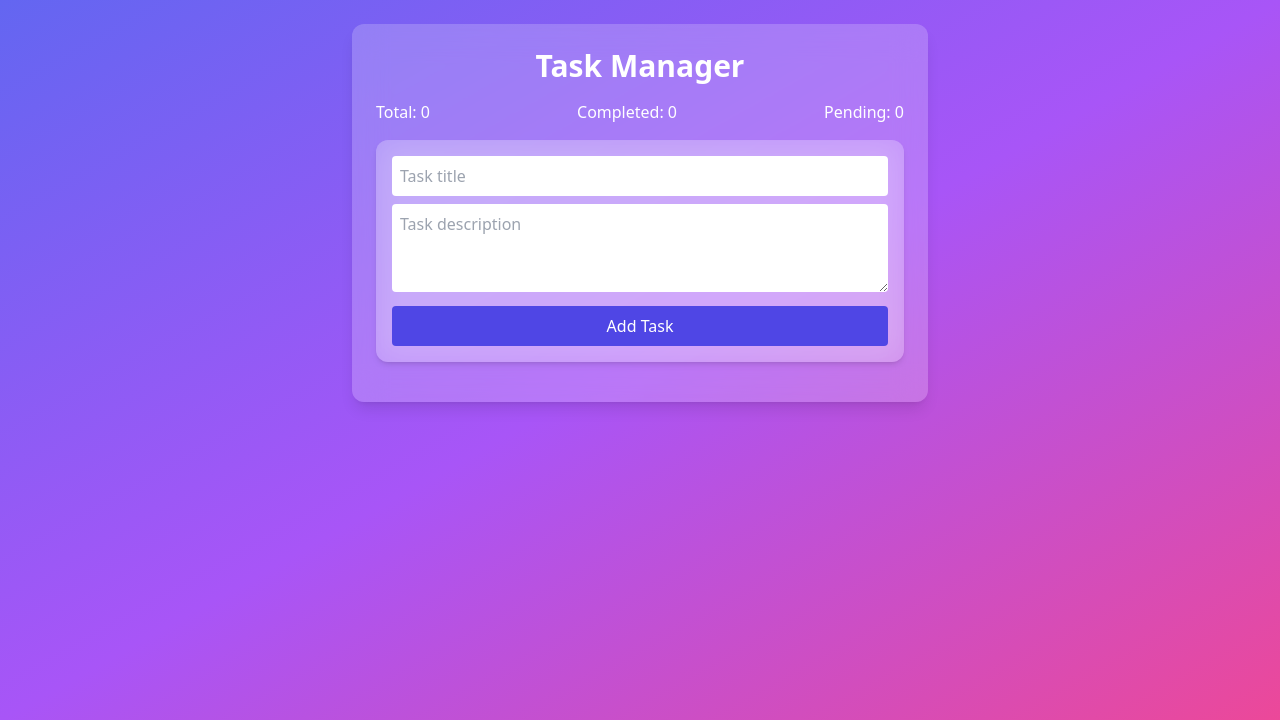
Repository: Meenakshi-commits/mern-task-manager
Page: / (app in client/)
These files come from the project's save history. The page is drawn as it stood at one moment and after the next save; the edit follows.
The browser window is 1280 px wide. The pictures show the whole page.
The page's requests for data from a server got no answer. The project was rebuilt for these pictures with package versions that can differ from the ones it lists, and the page was loaded fresh each time. No one was signed in, and anything a server would have sent is missing. Also part of the build but not shown: client/vite.config.js, client/src/components/TaskItem.jsx.

Above is the page before, as saved 2026-01-08 12:12:54.

After the next save:
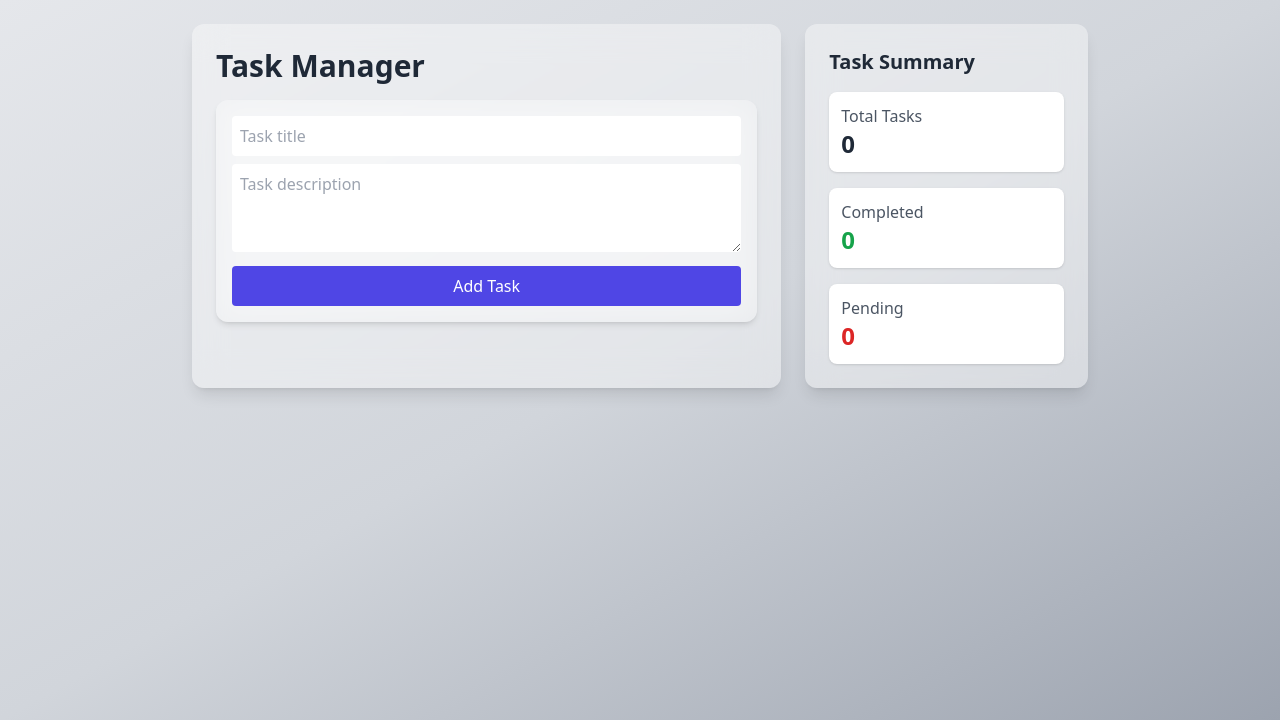
Saved 3 min 43 s later.
--- a/client/src/App.jsx
+++ b/client/src/App.jsx
@@ -19,25 +19,51 @@ export default function App() {
   const pending = tasks.length - completed;
 
   return (
-  <div className="min-h-screen bg-gradient-to-br from-indigo-500 via-purple-500 to-pink-500 p-6">
+  <div className="min-h-screen bg-gradient-to-br from-gray-200 via-gray-300 to-gray-400 p-6">
+    <div className="max-w-4xl mx-auto grid grid-cols-1 md:grid-cols-3 gap-6">
 
-    {/* Glassmorphism Card */}
-    <div className="max-w-xl mx-auto bg-white/20 backdrop-blur-lg p-6 rounded-xl text-white shadow-lg">
+      {/* LEFT SIDE - TASKS */}
+      <div className="md:col-span-2 bg-white/40 backdrop-blur-lg p-6 rounded-xl shadow-lg">
+        <h1 className="text-3xl font-bold mb-4 text-gray-800">
+          Task Manager
+        </h1>
 
-      <h1 className="text-3xl font-bold text-center mb-4">
-        Task Manager
-      </h1>
-
-      <div className="flex justify-between mb-4">
-        <span>Total: {tasks.length}</span>
-        <span>Completed: {completed}</span>
-        <span>Pending: {pending}</span>
+        <TaskForm fetchTasks={fetchTasks} />
+        <TaskList tasks={tasks} fetchTasks={fetchTasks} />
       </div>
 
-      <TaskForm fetchTasks={fetchTasks} />
-      <TaskList tasks={tasks} fetchTasks={fetchTasks} />
+      {/* RIGHT SIDE - STATUS PANEL */}
+      <div className="bg-white/40 backdrop-blur-lg p-6 rounded-xl shadow-lg">
+        <h2 className="text-xl font-semibold mb-4 text-gray-800">
+          Task Summary
+        </h2>
+
+        <div className="space-y-4">
+          <div className="p-3 bg-white rounded-lg shadow">
+            <p className="text-gray-600">Total Tasks</p>
+            <p className="text-2xl font-bold text-gray-800">
+              {tasks.length}
+            </p>
+          </div>
+
+          <div className="p-3 bg-white rounded-lg shadow">
+            <p className="text-gray-600">Completed</p>
+            <p className="text-2xl font-bold text-green-600">
+              {completed}
+            </p>
+          </div>
+
+          <div className="p-3 bg-white rounded-lg shadow">
+            <p className="text-gray-600">Pending</p>
+            <p className="text-2xl font-bold text-red-600">
+              {pending}
+            </p>
+          </div>
+        </div>
+      </div>
 
     </div>
   </div>
 );
+
 }
